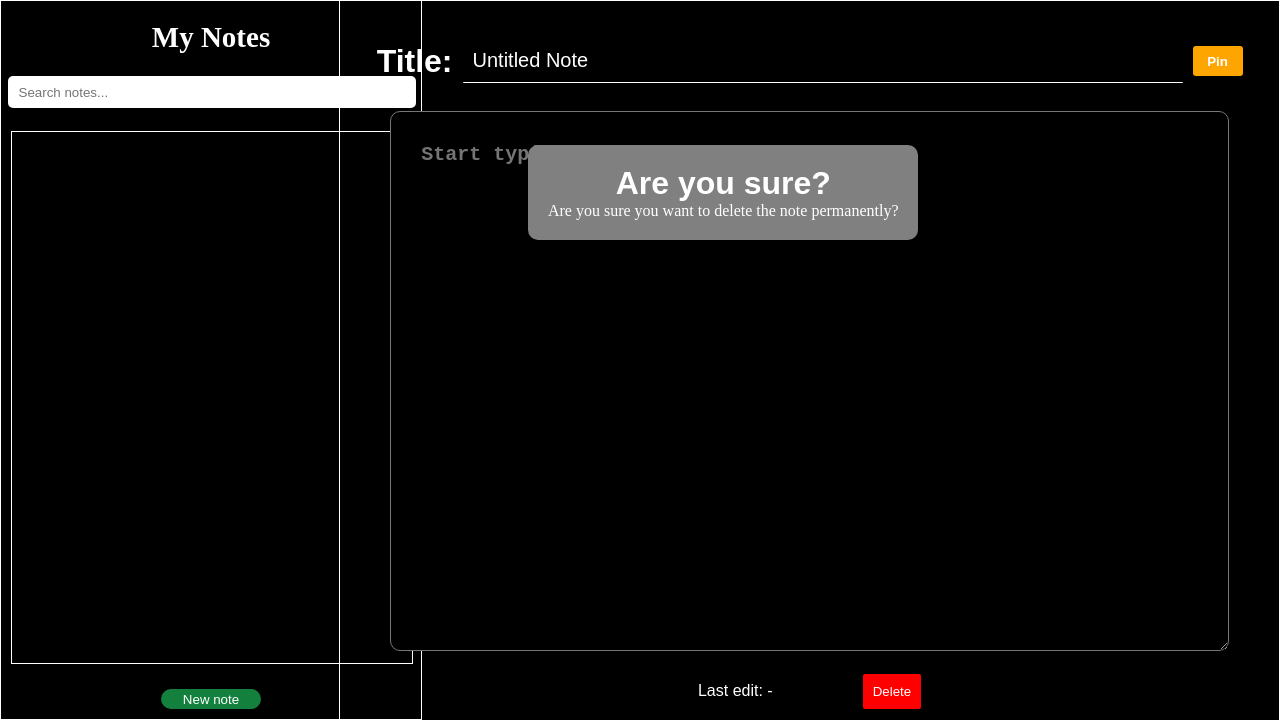
Repository: dmpelaez/myNotes
Page: QuickNotes.html
An editor plug-in stored every save of this project. The page is shown before and after the next save, followed by the edit.
The browser window is 1280 px wide. The pictures show the whole page.

Above is the page before, as saved 2025-12-18 21:57:38.

### QuickNotes.html
<!DOCTYPE html>

  <html>

    <head>

      <title>Quick Notes</title>

      <!--CSS LINK-->
      <link rel="stylesheet" href="QuickNotes.css">
    </head>
    <body>

      <!--Note section-->
      <aside class="aside-section">

        <!--My notes part-->
        <div class="myNotes">
          <p class="my-notes-text">My Notes</p>
        </div>
        <!--Search notes-->
        <div class="input-box">
          <input class="input" placeholder="Search notes...">
        </div>
        <!--Notes-->
        <div class="note-list"></div>
        <!--add button-->
        <button class="add-button">New note</button>

      </aside>

      <!---Typing section-->
      <main class="main-section">

        <!--Header-->
        <div class="header-section">
          <h1>Title:</h1>
          <input class="title-notes" placeholder="Untitled Note">
          <button class="pin-btn">Pin</button>
        </div>

        <!--text area-->
        <div class="texting-area">
          <textarea class="textarea" placeholder="Start typing..."></textarea>
        </div>

        <!---Delete button-->
        <div class="delete">
          <span class="edit">Last edit: -</span>
          <button class="delete-btn">Delete</button>
        </div>

        <div class="delete-confirm">

          <div class="modal-delete">
            <h1>Are you sure?</h1>
            <p class="sure-text">Are you sure you want to delete the note permanently?</p>
          </div>

        </div>

      </main>


    </body>

  </html>

### QuickNotes.css
body {
  margin: 0;
  padding: 0;
  background: black;
  box-sizing: border-box;
}
* {
  color: rgb(255, 255, 255);
}
.aside-section {
  border: 1px solid white;
  display: grid;
  width: 400px;
  position: fixed;
  bottom: 0;
  top: 0;
  grid-template-rows: 40px 30px 1fr 20px;
  padding: 10px;
  gap: 25px;

}

.my-notes-text {
  display: flex;
  margin: 0px;
  justify-self: center;
  align-self: center;
  margin-top: 10px;
}
.note-list {
  border: 1px solid white;
  width: 100%;
}

.my-notes-text {
  font-weight: bold;
  font-size: 29px;
}

.input {
  color: black;
  display: flex;
  align-self: center;
  justify-self: center;
  Width: 99%;
  height: 100%;
  border-radius: 5px;
  border: none;
  outline: none;
  padding-left: 10px;
  margin-left: 1px;
}
.input::placeholder {
  padding-left: 1px;

}

.add-button {
  width: 100px;
  display: flex;
  justify-self: center;
  background: rgb(19, 128, 61);
  border: none;
  border-radius: 10px;
  color: white;
  font-family: arial;
  align-items: center;
  justify-content: center;
  cursor: pointer;
}

.note-list {
  display: grid;
}

.main-section {
  position: fixed;
  left: 26.5%;
  border: 1px solid white;
  right: 0px;
  height: 100%;
  display: grid;
  grid-template-rows: 70px 1fr 30px;
  gap: 40px;

}

.header-section {
  display: flex;
  justify-self: center;
  align-self: center;
  gap: 10px;
  margin-top: 50px;
  align-items: center;
}
.title-notes {
  width: 700px;
  padding: 10px;
  border-radius: 1px;
  background: none;
  border: none;
  border-bottom: 1px solid white;
  outline: none;
 font-size: 20px;
 font-family: arial;
}

.title-notes::placeholder {
  color: white;
  font-family: arial;
  font-size: 20px;

}

.pin-btn {
  background: orange;
  border: none;
  border-radius: 3px;
  font-family: arial;
  font-weight: bold;
  width: 50px;
  height: 30px
}

.texting-area {
  display: flex;
  padding-right: 50px;
  padding-left: 50px;
}
.textarea {
  background: black;
  outline: none;
  display: flex;
  width: 100%;
  padding-left: 30px;
  padding-right: 80px;
  padding-top: 30px;
  line-height: 25px;
  font-size: 20px;
  font-weight: bold;
  border-radius: 10px;
}

.delete {
  display: flex;
  justify-content: center;
  align-items: center;
  gap: 90px;
  margin-bottom: 40px;

}
.delete-btn {
  background: red;
  border: none;
  border-radius: 2px;
  padding: 10px;
  cursor: pointer;
}
.edit {
  font-family: arial;
}

.delete-confirm {
  position: absolute;
  left: 20%;
  top: 20%;
  display: flex;
  background: gray;
  border-radius: 10px;
  flex-direction: column;
  align-items: center;
  justify-content: center;
  gap: 10px;
}
.modal-delete {
  padding: 20px;
}
h1 {
  display: flex;
  justify-self: center;
  margin: 0px;
  font-family: arial;
}
.sure-text {
  margin: 0;
}

After the next save:
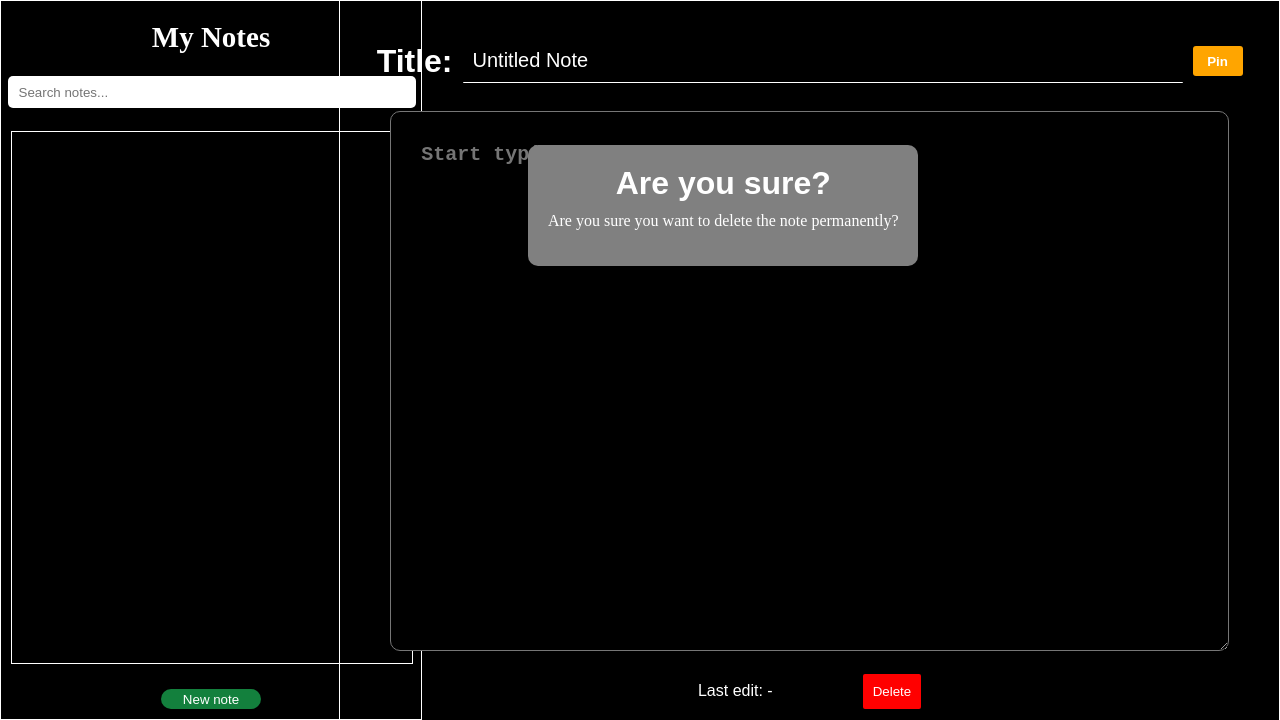
Saved 14 s later.
--- a/QuickNotes.css
+++ b/QuickNotes.css
@@ -182,5 +182,5 @@ h1 {
   font-family: arial;
 }
 .sure-text {
-  margin: 0;
+  margin-top: 10px;
 }
